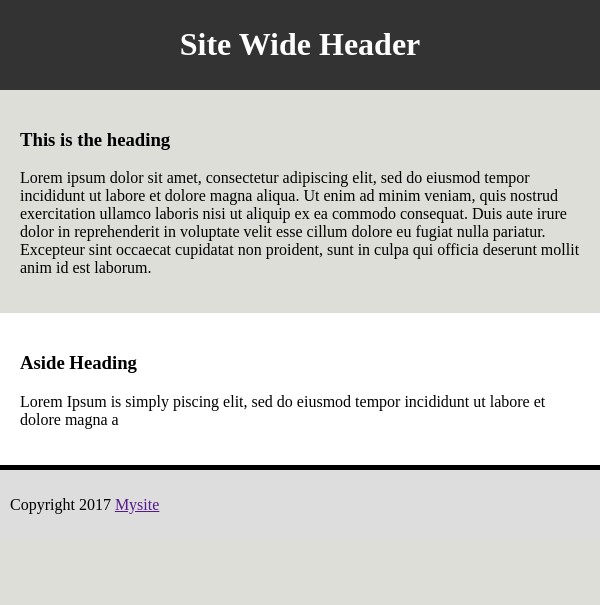
Repository: ayeza-baseer/AssignmentFlexbox
Page: assignment.html
These files come from the project's save history. The page is drawn as it stood at one moment and after the next save; the edit follows.
The browser window is 600 px wide. The pictures show the whole page.

Above is the page before, as saved 2023-03-17 16:35:49.

After the next save:
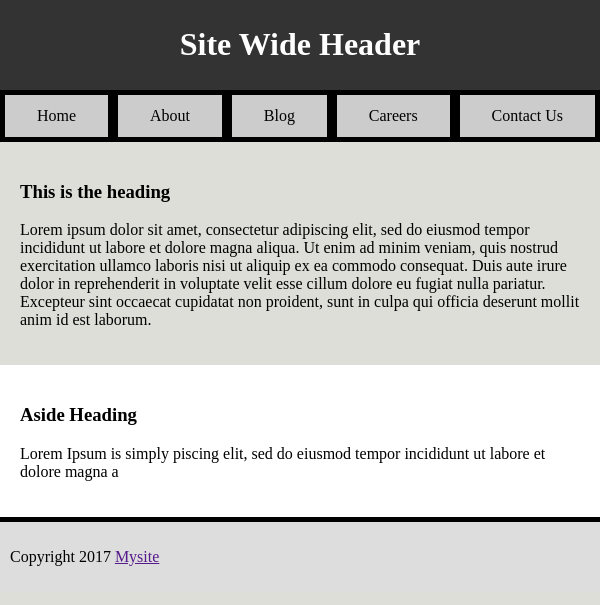
Saved 3 min 45 s later.
--- a/assignment.css
+++ b/assignment.css
@@ -71,12 +71,12 @@
           flex:1 1 100%;
           padding: 20px;
         }
-        .navbar{
+        /* .navbar{
           display: none;
-        }
+        } */
     }
 
-    /* @media screen and (min-width: 421px) {
+     /* @media screen and (min-width: 421px) {
       .navbar{
           order:1
         }
